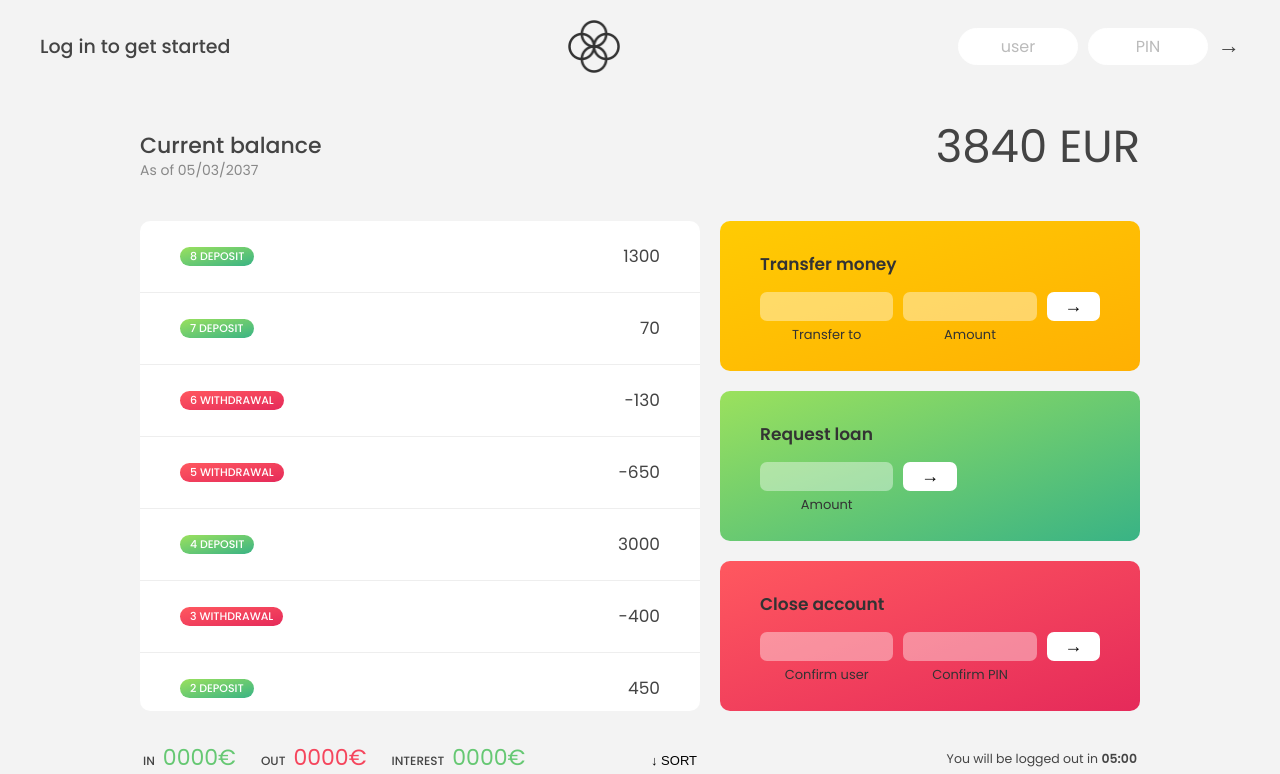
Repository: baodien1405/bankist-project
Page: index.html
An editor plug-in stored every save of this project. The page is shown before and after the next save, followed by the edit.
The browser window is 1280 px wide. The pictures show the whole page.
An inner scrolling area shows only its first screen.

Above is the page before, as saved 2022-01-07 14:24:35.

### index.html
<!DOCTYPE html>
<html lang="en">
  <head>
    <meta charset="UTF-8" />
    <meta name="viewport" content="width=device-width, initial-scale=1.0" />
    <meta http-equiv="X-UA-Compatible" content="ie=edge" />
    <link rel="shortcut icon" type="image/png" href="/icon.png" />

    <link
      href="https://fonts.googleapis.com/css?family=Poppins:400,500,600&display=swap"
      rel="stylesheet"
    />

    <link rel="stylesheet" href="style.css" />
    <title>Bankist</title>
  </head>
  <body>
    <!-- TOP NAVIGATION -->
    <nav>
      <p class="welcome">Log in to get started</p>
      <img src="logo.png" alt="Logo" class="logo" />
      <form class="login">
        <input
          type="text"
          placeholder="user"
          class="login__input login__input--user"
        />
        <!-- In practice, use type="password" -->
        <input
          type="text"
          placeholder="PIN"
          maxlength="4"
          class="login__input login__input--pin"
        />
        <button class="login__btn">&rarr;</button>
      </form>
    </nav>

    <main class="app">
      <!-- BALANCE -->
      <div class="balance">
        <div>
          <p class="balance__label">Current balance</p>
          <p class="balance__date">
            As of <span class="date">05/03/2037</span>
          </p>
        </div>
        <p class="balance__value">0000€</p>
      </div>

      <!-- MOVEMENTS -->
      <div class="movements">
        <div class="movements__row">
          <div class="movements__type movements__type--deposit">2 deposit</div>
          <div class="movements__date">3 days ago</div>
          <div class="movements__value">4 000€</div>
        </div>
        <div class="movements__row">
          <div class="movements__type movements__type--withdrawal">
            1 withdrawal
          </div>
          <div class="movements__date">24/01/2037</div>
          <div class="movements__value">-378€</div>
        </div>
      </div>

      <!-- SUMMARY -->
      <div class="summary">
        <p class="summary__label">In</p>
        <p class="summary__value summary__value--in">0000€</p>
        <p class="summary__label">Out</p>
        <p class="summary__value summary__value--out">0000€</p>
        <p class="summary__label">Interest</p>
        <p class="summary__value summary__value--interest">0000€</p>
        <button class="btn--sort">&downarrow; SORT</button>
      </div>

      <!-- OPERATION: TRANSFERS -->
      <div class="operation operation--transfer">
        <h2>Transfer money</h2>
        <form class="form form--transfer">
          <input type="text" class="form__input form__input--to" />
          <input type="number" class="form__input form__input--amount" />
          <button class="form__btn form__btn--transfer">&rarr;</button>
          <label class="form__label">Transfer to</label>
          <label class="form__label">Amount</label>
        </form>
      </div>

      <!-- OPERATION: LOAN -->
      <div class="operation operation--loan">
        <h2>Request loan</h2>
        <form class="form form--loan">
          <input type="number" class="form__input form__input--loan-amount" />
          <button class="form__btn form__btn--loan">&rarr;</button>
          <label class="form__label form__label--loan">Amount</label>
        </form>
      </div>

      <!-- OPERATION: CLOSE -->
      <div class="operation operation--close">
        <h2>Close account</h2>
        <form class="form form--close">
          <input type="text" class="form__input form__input--user" />
          <input
            type="password"
            maxlength="6"
            class="form__input form__input--pin"
          />
          <button class="form__btn form__btn--close">&rarr;</button>
          <label class="form__label">Confirm user</label>
          <label class="form__label">Confirm PIN</label>
        </form>
      </div>

      <!-- LOGOUT TIMER -->
      <p class="logout-timer">
        You will be logged out in <span class="timer">05:00</span>
      </p>
    </main>

    <!-- <footer>
      &copy; by Jonas Schmedtmann. Don't claim as your own :)
    </footer> -->

    <script src="script.js"></script>
  </body>
</html>

### style.css
/*
 * Use this CSS to learn some intersting techniques,
 * in case you're wondering how I built the UI.
 * Have fun! 😁
 */

* {
  margin: 0;
  padding: 0;
  box-sizing: inherit;
}

html {
  font-size: 62.5%;
  box-sizing: border-box;
}

body {
  font-family: 'Poppins', sans-serif;
  color: #444;
  background-color: #f3f3f3;
  height: 100vh;
  padding: 2rem;
}

nav {
  display: flex;
  justify-content: space-between;
  align-items: center;
  padding: 0 2rem;
}

.welcome {
  font-size: 1.9rem;
  font-weight: 500;
}

.logo {
  height: 5.25rem;
}

.login {
  display: flex;
}

.login__input {
  border: none;
  padding: 0.5rem 2rem;
  font-size: 1.6rem;
  font-family: inherit;
  text-align: center;
  width: 12rem;
  border-radius: 10rem;
  margin-right: 1rem;
  color: inherit;
  border: 1px solid #fff;
  transition: all 0.3s;
}

.login__input:focus {
  outline: none;
  border: 1px solid #ccc;
}

.login__input::placeholder {
  color: #bbb;
}

.login__btn {
  border: none;
  background: none;
  font-size: 2.2rem;
  color: inherit;
  cursor: pointer;
  transition: all 0.3s;
}

.login__btn:hover,
.login__btn:focus,
.btn--sort:hover,
.btn--sort:focus {
  outline: none;
  color: #777;
}

/* MAIN */
.app {
  position: relative;
  max-width: 100rem;
  margin: 4rem auto;
  display: grid;
  grid-template-columns: 4fr 3fr;
  grid-template-rows: auto repeat(3, 15rem) auto;
  gap: 2rem;

  /* NOTE This creates the fade in/out anumation */
  /* opacity: 0; */
  transition: all 1s;
}

.balance {
  grid-column: 1 / span 2;
  display: flex;
  align-items: flex-end;
  justify-content: space-between;
  margin-bottom: 2rem;
}

.balance__label {
  font-size: 2.2rem;
  font-weight: 500;
  margin-bottom: -0.2rem;
}

.balance__date {
  font-size: 1.4rem;
  color: #888;
}

.balance__value {
  font-size: 4.5rem;
  font-weight: 400;
}

/* MOVEMENTS */
.movements {
  grid-row: 2 / span 3;
  background-color: #fff;
  border-radius: 1rem;
  overflow: scroll;
}

.movements__row {
  padding: 2.25rem 4rem;
  display: flex;
  align-items: center;
  border-bottom: 1px solid #eee;
}

.movements__type {
  font-size: 1.1rem;
  text-transform: uppercase;
  font-weight: 500;
  color: #fff;
  padding: 0.1rem 1rem;
  border-radius: 10rem;
  margin-right: 2rem;
}

.movements__date {
  font-size: 1.1rem;
  text-transform: uppercase;
  font-weight: 500;
  color: #666;
}

.movements__type--deposit {
  background-image: linear-gradient(to top left, #39b385, #9be15d);
}

.movements__type--withdrawal {
  background-image: linear-gradient(to top left, #e52a5a, #ff585f);
}

.movements__value {
  font-size: 1.7rem;
  margin-left: auto;
}

/* SUMMARY */
.summary {
  grid-row: 5 / 6;
  display: flex;
  align-items: baseline;
  padding: 0 0.3rem;
  margin-top: 1rem;
}

.summary__label {
  font-size: 1.2rem;
  font-weight: 500;
  text-transform: uppercase;
  margin-right: 0.8rem;
}

.summary__value {
  font-size: 2.2rem;
  margin-right: 2.5rem;
}

.summary__value--in,
.summary__value--interest {
  color: #66c873;
}

.summary__value--out {
  color: #f5465d;
}

.btn--sort {
  margin-left: auto;
  border: none;
  background: none;
  font-size: 1.3rem;
  font-weight: 500;
  cursor: pointer;
}

/* OPERATIONS */
.operation {
  border-radius: 1rem;
  padding: 3rem 4rem;
  color: #333;
}

.operation--transfer {
  background-image: linear-gradient(to top left, #ffb003, #ffcb03);
}

.operation--loan {
  background-image: linear-gradient(to top left, #39b385, #9be15d);
}

.operation--close {
  background-image: linear-gradient(to top left, #e52a5a, #ff585f);
}

h2 {
  margin-bottom: 1.5rem;
  font-size: 1.7rem;
  font-weight: 600;
  color: #333;
}

.form {
  display: grid;
  grid-template-columns: 2.5fr 2.5fr 1fr;
  grid-template-rows: auto auto;
  gap: 0.4rem 1rem;
}

/* Exceptions for interst */
.form.form--loan {
  grid-template-columns: 2.5fr 1fr 2.5fr;
}
.form__label--loan {
  grid-row: 2;
}
/* End exceptions */

.form__input {
  width: 100%;
  border: none;
  background-color: rgba(255, 255, 255, 0.4);
  font-family: inherit;
  font-size: 1.5rem;
  text-align: center;
  color: #333;
  padding: 0.3rem 1rem;
  border-radius: 0.7rem;
  transition: all 0.3s;
}

.form__input:focus {
  outline: none;
  background-color: rgba(255, 255, 255, 0.6);
}

.form__label {
  font-size: 1.3rem;
  text-align: center;
}

.form__btn {
  border: none;
  border-radius: 0.7rem;
  font-size: 1.8rem;
  background-color: #fff;
  cursor: pointer;
  transition: all 0.3s;
}

.form__btn:focus {
  outline: none;
  background-color: rgba(255, 255, 255, 0.8);
}

.logout-timer {
  padding: 0 0.3rem;
  margin-top: 1.9rem;
  text-align: right;
  font-size: 1.25rem;
}

.timer {
  font-weight: 600;
}

### script.js
'use strict';

/////////////////////////////////////////////////
/////////////////////////////////////////////////
// BANKIST APP

// Data
const account1 = {
  owner: 'Jonas Schmedtmann',
  movements: [200, 450, -400, 3000, -650, -130, 70, 1300],
  interestRate: 1.2, // %
  pin: 1111,
};

const account2 = {
  owner: 'Jessica Davis',
  movements: [5000, 3400, -150, -790, -3210, -1000, 8500, -30],
  interestRate: 1.5,
  pin: 2222,
};

const account3 = {
  owner: 'Steven Thomas Williams',
  movements: [200, -200, 340, -300, -20, 50, 400, -460],
  interestRate: 0.7,
  pin: 3333,
};

const account4 = {
  owner: 'Sarah Smith',
  movements: [430, 1000, 700, 50, 90],
  interestRate: 1,
  pin: 4444,
};

const accounts = [account1, account2, account3, account4];

// Elements
const labelWelcome = document.querySelector('.welcome');
const labelDate = document.querySelector('.date');
const labelBalance = document.querySelector('.balance__value');
const labelSumIn = document.querySelector('.summary__value--in');
const labelSumOut = document.querySelector('.summary__value--out');
const labelSumInterest = document.querySelector('.summary__value--interest');
const labelTimer = document.querySelector('.timer');

const containerApp = document.querySelector('.app');
const containerMovements = document.querySelector('.movements');

const btnLogin = document.querySelector('.login__btn');
const btnTransfer = document.querySelector('.form__btn--transfer');
const btnLoan = document.querySelector('.form__btn--loan');
const btnClose = document.querySelector('.form__btn--close');
const btnSort = document.querySelector('.btn--sort');

const inputLoginUsername = document.querySelector('.login__input--user');
const inputLoginPin = document.querySelector('.login__input--pin');
const inputTransferTo = document.querySelector('.form__input--to');
const inputTransferAmount = document.querySelector('.form__input--amount');
const inputLoanAmount = document.querySelector('.form__input--loan-amount');
const inputCloseUsername = document.querySelector('.form__input--user');
const inputClosePin = document.querySelector('.form__input--pin');

const displayMovements = function (movements) {
  containerMovements.textContent = '';

  movements.forEach((mov, i) => {
    const type = mov > 0 ? 'deposit' : 'withdrawal';

    const html = `
      <div class="movements__row">
        <div class="movements__type movements__type--${type}">${
      i + 1
    } ${type}</div>
        <div class="movements__value">${mov}</div>
      </div>`;

    containerMovements.insertAdjacentHTML('afterbegin', html);
  });
};
displayMovements(account1.movements);

const calcDisplayBalance = movements => {
  const balance = movements.reduce((acc, mov) => acc + mov, 0);
  labelBalance.textContent = `${balance} EUR`;
};
calcDisplayBalance(account1.movements);

const calcDisplaySummary = movements => {
  const incomes = movements
    .filter(move => move > 0)
    .reduce((acc, mov) => acc + mov, 0);

  labelSumIn.textContent = `${incomes}€`;

  const outcomes = movements
    .filter(move => move < 0)
    .reduce((acc, mov) => acc + mov, 0);

  labelSumOut.textContent = `${Math.abs(outcomes)}€`;

  const interest = movements
    .filter(move => move > 0)
    .map(mov => (mov * 1.2) / 100)
    .reduce((acc, mov) => acc + mov, 0);

  labelSumInterest.textContent = `${interest}€`;
};

const createUsernames = function (accs) {
  accs.forEach(acc => {
    acc.username = acc.owner
      .toLowerCase()
      .split(' ')
      .map(name => name[0])
      .join('');
  });
};

createUsernames(accounts);

/////////////////////////////////////////////////
/////////////////////////////////////////////////
// LECTURES

const currencies = new Map([
  ['USD', 'United States dollar'],
  ['EUR', 'Euro'],
  ['GBP', 'Pound sterling'],
]);

const movements = [200, 450, -400, 3000, -650, -130, 70, 1300];

/////////////////////////////////////////////////

After the next save:
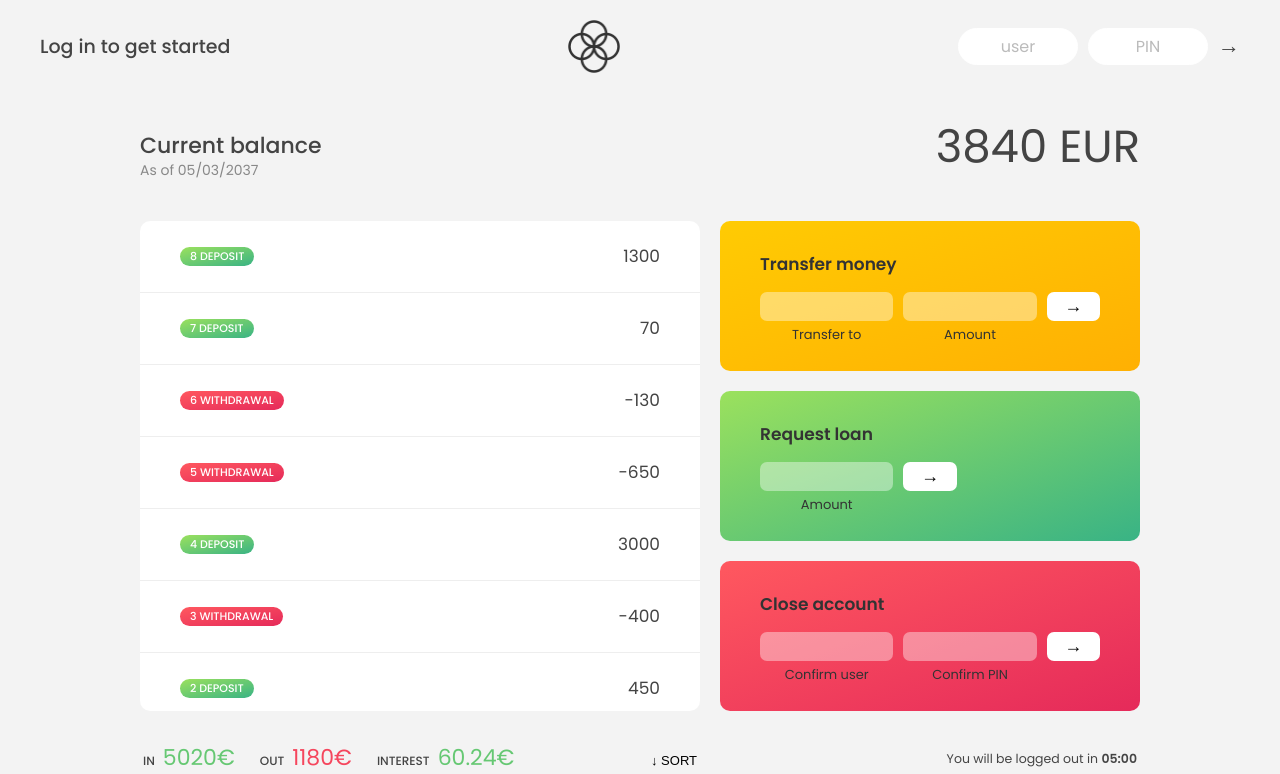
Saved 21 s later.
--- a/script.js
+++ b/script.js
@@ -107,6 +107,8 @@ const calcDisplaySummary = movements => {
   labelSumInterest.textContent = `${interest}€`;
 };
 
+calcDisplaySummary(account1.movements);
+
 const createUsernames = function (accs) {
   accs.forEach(acc => {
     acc.username = acc.owner
